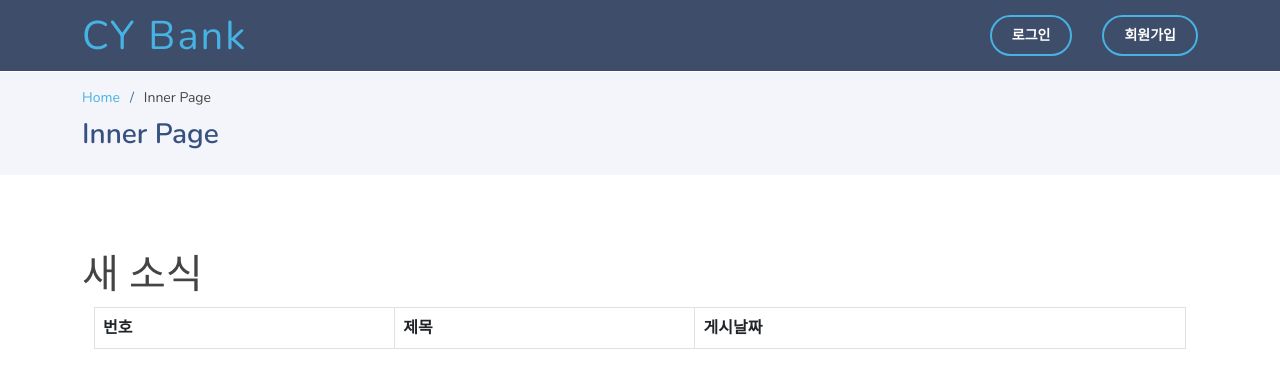
Repository: scy0814/Spring
Page: http://localhost/CYBank/jsp/notice/Notice.jsp
The author's editor kept a copy of each file at every save. The page is drawn from the files as they stood at one save, then again after the next save.
The browser window is 1280 px wide. The pictures show the whole page.
The page is served by Tomcat 9. Other server files are loaded and not shown.

Above is the page before, as saved 2023-06-26 13:03:51.

### CYBank/src/main/webapp/jsp/notice/Notice.jsp
<%@ page language="java" contentType="text/html; charset=UTF-8"
    pageEncoding="UTF-8"%>
    <%@ taglib uri="http://java.sun.com/jsp/jstl/core" prefix="c"%>
<!DOCTYPE html>
<html>
<head>
<meta charset="UTF-8">

 <!-- Favicons -->
  <link href="assets/img/favicon.png" rel="icon">
  <link href="assets/img/apple-touch-icon.png" rel="apple-touch-icon">

  <!-- Google Fonts -->
  <link href="https://fonts.googleapis.com/css?family=Open+Sans:300,300i,400,400i,600,600i,700,700i|Nunito:300,300i,400,400i,600,600i,700,700i|Poppins:300,300i,400,400i,500,500i,600,600i,700,700i" rel="stylesheet">

  <!-- Vendor CSS Files -->
  <link href="/CYBank/css/vendor/aos/aos.css" rel="stylesheet">
  <link href="/CYBank/css/vendor/bootstrap/css/bootstrap.min.css" rel="stylesheet">
  <link href="/CYBank/css/vendor/bootstrap-icons/bootstrap-icons.css" rel="stylesheet">
  <link href="/CYBank/css/vendor/glightbox/css/glightbox.min.css" rel="stylesheet">
  <link href="/CYBank/css/vendor/remixicon/remixicon.css" rel="stylesheet">
  <link href="/CYBank/css/vendor/swiper/swiper-bundle.min.css" rel="stylesheet">

  <!-- Template Main CSS File -->
  <link href="/CYBank/css/css/style.css" rel="stylesheet">
<title>Insert title here</title>

</head>

<body>
<header>
<jsp:include page="/jsp/include/header.jsp" />
</header>
 <section id="breadcrumbs" class="breadcrumbs">
      <div class="container">

        <ol>
          <li><a href="index.html">Home</a></li>
          <li>Inner Page</li>
        </ol>
        <h2>Inner Page</h2>

      </div>
    </section><!-- End Breadcrumbs -->

    <section class="inner-page">
      <div class="container">
        <p>



<h1 class="new" >새 소식</h1>
 <div class="container">
        <table class="table table-striped table-bordered">
            <thead class="thead-light">
                <tr>
                    <th>번호</th>
                    <th>제목</th>
                    <th>게시날짜</th>
                </tr>
            </thead>
            <tbody>
                <c:forEach var="notice" items="${noticeList}">
                    <tr>
                        <td>${notice.n_no}</td>
                        <td><a href="${pageContext.request.contextPath}/getNotice.do?n_no=${notice.n_no}">${notice.n_title}</a></td>
                        <td>${notice.n_date}</td>
                    </tr>
                </c:forEach>
            </tbody>
        </table>
        <br/>
    </div>
    </div>
    </section>
     <!-- Vendor JS Files -->
  <script src="/CYBank/css/vendor/purecounter/purecounter_vanilla.js"></script>
  <script src="/CYBank/css/vendor/aos/aos.js"></script>
  <script src="/CYBank/css/vendor/bootstrap/js/bootstrap.bundle.min.js"></script>
  <script src="/CYBank/css/vendor/glightbox/js/glightbox.min.js"></script>
  <script src="/CYBank/css/vendor/isotope-layout/isotope.pkgd.min.js"></script>
  <script src="/CYBank/css/vendor/swiper/swiper-bundle.min.js"></script>
  <script src="/CYBank/css/vendor/php-email-form/validate.js"></script>

  <!-- Template Main JS File -->
  <script src="/CYBank/css/js/main.js"></script>
</body>
</html>

### CYBank/src/main/webapp/jsp/include/header.jsp
<%@ page language="java" contentType="text/html; charset=UTF-8"
    pageEncoding="UTF-8"%>
    <%@ taglib prefix="c" uri="http://java.sun.com/jsp/jstl/core"%>
<!DOCTYPE html>
<html>
<head>
<meta charset="UTF-8">
 <!-- Favicons -->
  <link href="assets/img/favicon.png" rel="icon">
  <link href="assets/img/apple-touch-icon.png" rel="apple-touch-icon">


  <!-- Google Fonts -->
  <link href="https://fonts.googleapis.com/css?family=Open+Sans:300,300i,400,400i,600,600i,700,700i|Nunito:300,300i,400,400i,600,600i,700,700i|Poppins:300,300i,400,400i,500,500i,600,600i,700,700i" rel="stylesheet">

  <!-- Vendor CSS Files -->
  <link href="/CYBank/css/vendor/aos/aos.css" rel="stylesheet">
  <link href="/CYBank/css/vendor/bootstrap/css/bootstrap.min.css" rel="stylesheet">
  <link href="/CYBank/css/vendor/bootstrap-icons/bootstrap-icons.css" rel="stylesheet">
  <link href="/CYBank/css/vendor/glightbox/css/glightbox.min.css" rel="stylesheet">
  <link href="/CYBank/css/vendor/remixicon/remixicon.css" rel="stylesheet">
  <link href="/CYBank/css/vendor/swiper/swiper-bundle.min.css" rel="stylesheet">

  <!-- Template Main CSS File -->
  <link href="/CYBank/css/css/style.css" rel="stylesheet">
  <style>
  .fixed-top {
    position: fixed;
    z-index: 1030;
    background: #283a5ae6;
    top: 0;
    right: 0;
    left: 0;
}
  </style>

<title>Insert title here</title>
</head>
<body>
<!-- ======= Header ======= -->
  <header id="header" class="header fixed-top">
    <div class="container-fluid container-xl d-flex align-items-center justify-content-between">

      <a href="index.jsp" class="logo d-flex align-items-center">
        <span class="cybank">CY Bank</span>
      </a>
		<c:set var="isLogin" value="${empty user }" />
      <nav id="navbar" class="navbar">
        <ul>
        <c:if test="${not empty user}">
          <li><a class="nav-link scrollto active" href="index.jsp">홈</a></li>
          <li><a class="nav-link scrollto" href="${pageContext.request.contextPath }/noticeList.do">공지사항</a></li>
          <li><a class="nav-link scrollto" href="#about">오픈뱅킹</a></li>
           <li class="dropdown"><a href="${pageContext.request.contextPath }/account.do"><span>계좌</span> <i class="bi bi-chevron-down"></i></a>
            <ul>
              <li><a href="${pageContext.request.contextPath}/account.do">나의 계좌</a></li>
              <li><a href="${pageContext.request.contextPath}/createAccount.do">계좌 개설</a></li>
              <li><a href="${pageContext.request.contextPath}/transactionHistory.do">입출금 내역</a></li>
              <li><a href="${pageContext.request.contextPath}/closeAccount.do">계좌 해지</a></li>
            </ul>
          </li>
          <li><a class="nav-link scrollto" href="${pageContext.request.contextPath }/myPage.do">마이페이지</a></li>
          <li><a class="nav-link scrollto" href="${pageContext.request.contextPath }/customerCenter.do">고객센터</a></li>
          <li><a class="nav-link scrollto" href="${pageContext.request.contextPath }/logout.do">로그아웃</a></li>
          </c:if>
		<c:if test="${empty user}">
          <li><a class="getstarted scrollto" href="${pageContext.request.contextPath }/login.do">로그인</a></li>
          <li><a class="getstarted scrollto" href="${pageContext.request.contextPath }/signup.do">회원가입</a></li>
          </c:if>
        </ul>
        <i class="bi bi-list mobile-nav-toggle"></i>
      </nav><!-- .navbar -->

    </div>
  </header><!-- End Header -->
  <!-- Vendor JS Files -->
  <script src="/CYBank/css/vendor/purecounter/purecounter_vanilla.js"></script>
  <script src="/CYBank/css/vendor/aos/aos.js"></script>
  <script src="/CYBank/css/vendor/bootstrap/js/bootstrap.bundle.min.js"></script>
  <script src="/CYBank/css/vendor/glightbox/js/glightbox.min.js"></script>
  <script src="/CYBank/css/vendor/isotope-layout/isotope.pkgd.min.js"></script>
  <script src="/CYBank/css/vendor/swiper/swiper-bundle.min.js"></script>
  <script src="/CYBank/css/vendor/php-email-form/validate.js"></script>

  <!-- Template Main JS File -->
  <script src="/CYBank/css/js/main.js"></script>

</body>
</html>

Loaded but not shown: CYBank/src/main/webapp/css/js/main.js (258 lines, source omitted); CYBank/src/main/webapp/css/css/style.css (1830 lines, source omitted)

After the next save:
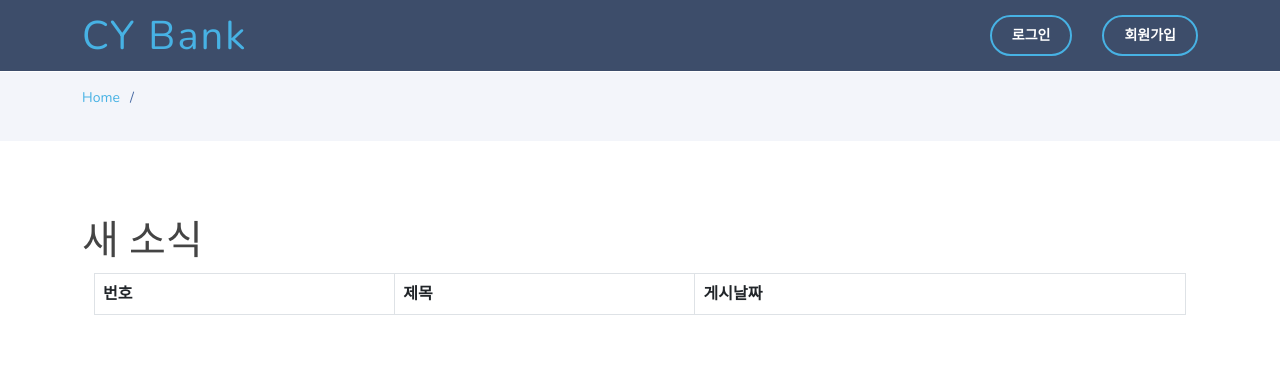
Saved 24 s later.
--- a/CYBank/src/main/webapp/jsp/notice/Notice.jsp
+++ b/CYBank/src/main/webapp/jsp/notice/Notice.jsp
@@ -36,9 +36,9 @@
 
         <ol>
           <li><a href="index.html">Home</a></li>
-          <li>Inner Page</li>
+          <li></li>
         </ol>
-        <h2>Inner Page</h2>
+        <h2></h2>
 
       </div>
     </section><!-- End Breadcrumbs -->
